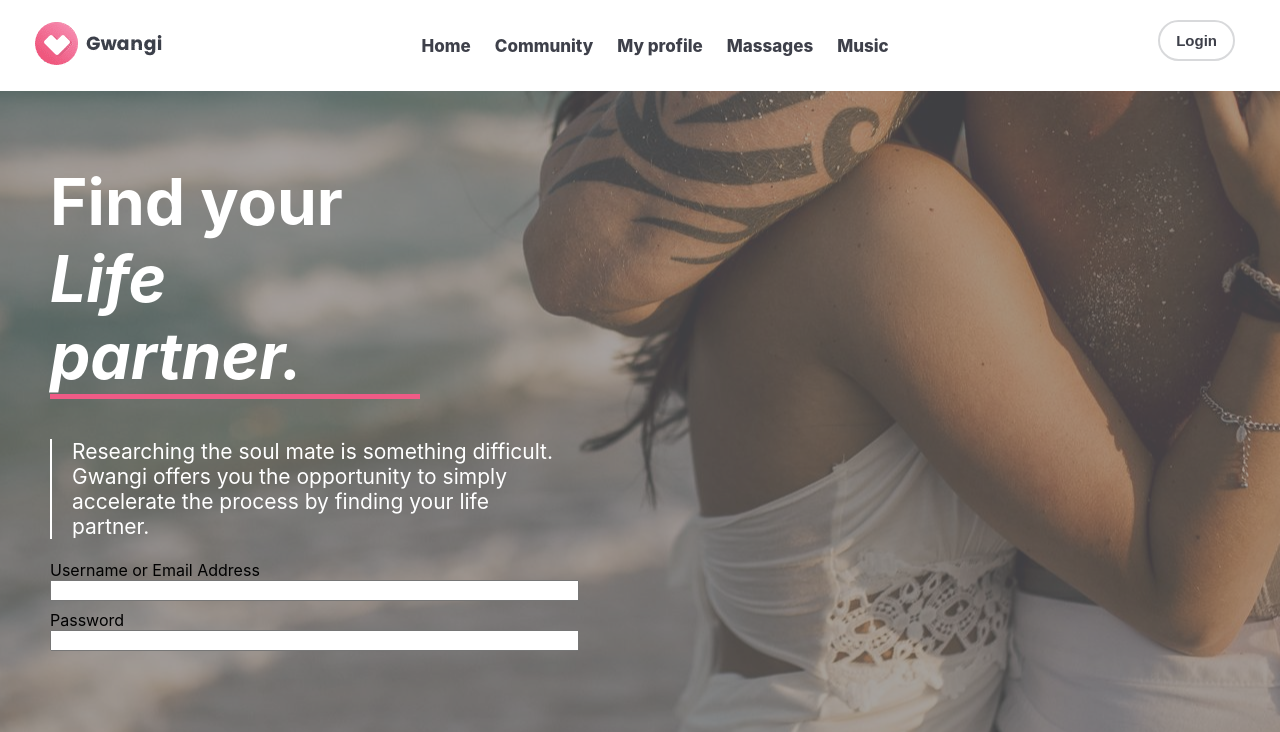
Repository: ShokunLiubov/Soc-Network-React
Page: /login
An editor plug-in stored every save of this project. The page is shown before and after the next save, followed by the edit.
The browser window is 1280 px wide. The pictures show the whole page.
The project was rebuilt for these pictures with package versions that can differ from the ones it lists, and the page was loaded fresh each time. Also part of the build but not shown: src/components/common/Paginator/Paginator.module.css, src/components/common/Paginator/Paginator.jsx, src/components/Community/Community.module.css, src/components/Community/Friend/Friend.jsx, src/components/Community/Community.jsx, src/components/common/Preloader/Preloader.jsx, src/components/Community/CommunityContainer.jsx, src/components/Dialogs/Dialogs.module.css and 14 more.

Above is the page before, as saved 2022-08-24 17:58:54.

### src/index.js
import reportWebVitals from './reportWebVitals';
import store from './redux/redux-store';
import React from 'react';
import ReactDOM from 'react-dom/client';
import './index.css';
import App from './App';
import { BrowserRouter } from 'react-router-dom';
import { Provider } from 'react-redux'

const root = ReactDOM.createRoot(document.getElementById('root'));

  root.render(

      <BrowserRouter>
        <Provider store={store}>
          <App />
        </Provider>
      </BrowserRouter>


  );


// If you want to start measuring performance in your app, pass a function
// to log results (for example: reportWebVitals(console.log))
// or send to an analytics endpoint. Learn more: https://bit.ly/CRA-vitals
reportWebVitals();

### src/redux/redux-store.js
import {combineReducers, legacy_createStore as createStore} from "redux"
import dialogsReducer from "./dialogs-reducer"
import profileReducer from "./profile-reducer"
import communityReducer from "./community-reducer"
import authReducer from "./auth-reducer"

let reducers = combineReducers({
    profilePage : profileReducer,
    dialogsPage : dialogsReducer,
    communityPage : communityReducer,
    auth: authReducer
})

let store = createStore(reducers)

export default store;

### src/App.js
import React from 'react';
import { Routes, Route } from "react-router-dom";
import './App.css';
import Registration from './components/Auth/Registration/Registration';
import CommunityContainer from './components/Community/CommunityContainer';
import DialogsContainer from './components/Dialogs/DialogsContainer';
import Home from './components/Home/Home';
import Music from './components/Music/Music';
import Navbar from './components/Navbar/Navbar';
import ProfileContainer from './components/Profile/ProfileContainer';

function App(props) {
  return (

    <div className='app-wrapper'>
      <Navbar />
      <Routes>
        <Route path='/home/*' element={<Home />} />

        <Route path='/community/*' element={<CommunityContainer />} />

        <Route path='/profile/:id' element={<ProfileContainer />} />
        <Route path='/profile/*' element={<ProfileContainer />} />

        <Route path='/dialogs/*' element={<DialogsContainer />} />

        <Route path='/music/*' element={<Music />} />

        <Route path='/login/*' element={<Registration />} />

      </Routes>

    </div>

  );
}

export default App;

### src/redux/dialogs-reducer.js
const SAND_MASSAGE = 'SAND-MASSAGE'
const UPDATE_NEW_MASSAGE_TEXT = 'UPDATE-NEW-MASSAGE-TEXT'

let initialState = {
    dialogsData: [
        { id: 1, name: 'Vika', ava: './../images/ava-w1.jpeg' },
        { id: 2, name: 'Eugen', ava: './../images/ava-m2.png' },
        { id: 3, name: 'Liubov', ava: './../images/ava-w3.jpeg' },
        { id: 4, name: 'Max', ava: './../images/ava-m1.jpeg' },
        { id: 5, name: 'Nika', ava: './../images/ava-w2.webp' }
    ],
    massagesData: [
        { id: 1, massage: 'Hi' },
        { id: 2, massage: 'How are you?' },
        { id: 3, massage: 'I am okey!' }
    ],
    newMassageText: ''
}

const dialogsReducer = (state = initialState, action) => {

    switch (action.type) {
        case SAND_MASSAGE:
            let text = state.newMassageText
            return {
                ...state,
                newMassageText: '',
                massagesData: [...state.massagesData, {id: Date.now(),massage: text}]
            }

        case UPDATE_NEW_MASSAGE_TEXT:
            return {
                ...state,
                newMassageText: action.newText
            }

        default:
            return state
    }

}

export const sandMassage = () => ({ type: SAND_MASSAGE })

export const onMassageChange = (text) =>
    ({ type: UPDATE_NEW_MASSAGE_TEXT, newText: text })

export default dialogsReducer;

### src/redux/profile-reducer.js
const ADD_POST = 'ADD-POST'
const UPDATE_NEW_POST_TEXT = 'UPDATE-NEW-POST-TEXT'
const SET_USER_PROFILE = 'SET-USER-PROFILE'

let initialState = {
    userProfile: {},
    postsData: [
        { id: 1, massage: 'Hi, how are you?', countLikes: '12', time: '29 minutes ago' },
        { id: 2, massage: 'It is my first post', countLikes: '99+', time: 'yesterday' },
        { id: 3, massage: 'My name Liubov, I am wife Eugen', countLikes: '32', time: 'week ago' }
    ],
    newPostText: ''
}

const profileReducer = (state = initialState, action) => {
    switch (action.type) {
        case ADD_POST:
            let newPost = {
                id: Date.now(),
                massage: state.newPostText,
                countLikes: '0',
                time: new Date().toLocaleTimeString()
            }
            return {
                ...state,
                newPostText: '',
                postsData: [newPost, ...state.postsData]
            }

        case UPDATE_NEW_POST_TEXT:
            return {
                ...state,
                newPostText: action.newText
            }
        case SET_USER_PROFILE:
            return {
                ...state,
                userProfile: action.profile

            }
        default:
            return state
    }


}

export const addPost = () => ({ type: ADD_POST })

export const updateNewPostText = (text) =>
    ({ type: UPDATE_NEW_POST_TEXT, newText: text })

export const setUserProfile = (profile) =>
    ({ type: SET_USER_PROFILE, profile})


export default profileReducer;

### src/redux/community-reducer.js
const FOLLOW = 'FOLLOW'
const UN_FOLLOW = 'UN-FOLLOW'
const SET_USERS = 'SET-USERS'
const SET_PAGE = 'SET-PAGE'
const SET_USERS_TOTAL_COUNT = 'SET-USERS-TOTAL-COUNT'
const TOGGLE_IS_FETCHING = 'TOGGLE-IS-FETCHING'

let initialState = {
    userData: [ ],
    pageSize: 10,
    totalUsersCount: 0,
    currentPage: 1,
    currentPageSize: 1,
    isFetching: false
}
const communityReducer = (state = initialState, action) => {
    switch (action.type) {
        case FOLLOW:
            return {
                ...state,
                userData: state.userData.map (user => {
                    if(user.id === action.userID) {
                        return {...user, followed: true}
                    }
                    return user
                })
            }
        case UN_FOLLOW:
            return {
                ...state,
                userData: state.userData.map (user => {
                    if(user.id === action.userID) {
                        return {...user, followed: false}
                    }
                    return user
                })
            }
        case SET_USERS:
            return {
                ...state,
                userData: action.users
            }
        case SET_PAGE:
            return {
                ...state,
                currentPage: action.page
                }
        case SET_USERS_TOTAL_COUNT:
            return {
                ...state,
                totalUsersCount: action.UsersTotalCount
            }
        case TOGGLE_IS_FETCHING:
            return {
                ...state,
                isFetching: action.isFetching
            }
        default:
            return state
    }
}

export const follow = (userID) => ({ type: FOLLOW, userID })

export const unFollow = (userID) => ({ type: UN_FOLLOW, userID })

export const setUsers = (users) => ({ type: SET_USERS, users })

export const setPage = (page) => ({ type: SET_PAGE, page })

export const setUsersTotalCount = (UsersTotalCount) => ({ type: SET_USERS_TOTAL_COUNT, UsersTotalCount })

export const toggleFetching = (isFetching) => ({ type: TOGGLE_IS_FETCHING, isFetching })

export default communityReducer;


// Создать кнопки prev next
// if(currentPage > 1) { prev
// } минус 1  при отрисовки подставляться значения, исключение первая страница
// Отображать в пагинации 5 стр и одну последнюю , учесть если будет меньше 5 стр

### src/redux/auth-reducer.js
const SET_USER_DATA = 'SET-USER-DATA'
// const UN_FOLLOW = 'UN-FOLLOW'

let initialState = {
    userId: undefined,
    email: undefined,
    login: undefined,
    isFetching: false
}
const authReducer = (state = initialState, action) => {
    switch (action.type) {
        case SET_USER_DATA:
            return {
                ...state,
                ...action.data
            }
        // case TOGGLE_IS_FETCHING:
        //     return {
        //         ...state,
        //         isFetching: action.isFetching
        //     }
        default:
            return state
    }
}

export const setUserData = (userId, email, login) => ({ type: SET_USER_DATA, data: {userId, email, login} })

// export const toggleFetching = (isFetching) => ({ type: TOGGLE_IS_FETCHING, isFetching })

export default authReducer;

### src/components/Auth/Registration/Registration.jsx
import React from 'react';
import styles from './Registration.module.css'

const Registration = () => {
    return (
        <div className={styles.background}>
            <div className={styles.registration}>
                <div className={styles.title}>Find your<br />
                    <i>Life partner.</i></div>
                <p className={styles.excerption}>Researching the soul mate is something difficult. Gwangi offers you the opportunity to simply accelerate the process by finding your life partner.</p>
                <form>
                    <div className={styles.username}>
                        <label>Username or Email Address</label>
                        <input type="text"/>
                    </div>
                    <div className={styles.password}>
                        <label>Password</label>
                        <input type="password"/>
                    </div>
                </form>
            </div>

        </div>
    )
}

export default Registration;

### src/components/Dialogs/DialogsContainer.jsx
import React from 'react';
import { sandMassage, onMassageChange } from '../../redux/dialogs-reducer';
import Dialogs from './Dialogs';
import { connect } from 'react-redux'


let mapStateToProps = (state) => {
    return {
        dialogsData: state.dialogsPage.dialogsData,
        massagesData: state.dialogsPage.massagesData,
        newMassageText: state.dialogsPage.newMassageText
    }
}

const DialogsContainer = connect(mapStateToProps, { sandMassage, onMassageChange })(Dialogs)

export default DialogsContainer;

### src/components/Navbar/Navbar.jsx
import React from 'react';
import { NavLink } from 'react-router-dom';
import styles from './Navbar.module.css'

const Navbar = () => {
    return (
        <div className={styles.navbar}>
            {/* LOGO */}
            <div className={styles.logo}><img src='./../images/logotype.png' /></div>
             {/* LOGO */}

            {/* MENU */}
            <nav className={styles.menu}>
                <div className={styles.item}>
                    <NavLink to='/home' className={navData => navData.isActive ? styles.active : styles.item}>Home</NavLink>
                </div>
                <div className={styles.item}>
                    <NavLink to='/community' className={navData => navData.isActive ? styles.active : styles.item}>Community</NavLink>
                </div>
                <div className={styles.item}>
                    <NavLink to='/profile' className={navData => navData.isActive ? styles.active : styles.item}>My profile</NavLink>
                </div>
                <div to='/dialogs' className={styles.item}>
                    <NavLink to='/dialogs' className={navData => navData.isActive ? styles.active : styles.item}>Massages</NavLink>
                </div>
                <div className={styles.item}>
                    <NavLink to='/music' className={navData => navData.isActive ? styles.active : styles.item}>Music</NavLink>
                </div>
            </nav>
            {/* MENU */}

            {/* LOGIN */}
            <NavLink to='/login' className={styles.login}>
                <button className='button'>Login</button>
            </NavLink>
            {/* LOGIN */}

        </div>
    )
}

export default Navbar;

### src/components/Auth/Registration/Registration.module.css
.background {
    background-image: url(./../../../../public/images/registration-bgr.jpeg);
    background-repeat: no-repeat;
    background-position: center;
    width: 100%;
    height: 89vh;
    position: relative;
    display: flex;
    align-items: center;
}

.background::before {
    content: " ";
    width: 100%;
    height: 89vh;
    background-color: #696a6e99;
    position: absolute;
    z-index: 1;
}

.registration {
    margin-left: 50px;
    position: relative;
    z-index: 20;
}

.title {
    color: #ffffff;
    font-size: 64px;
    max-width: 370px;
    font-weight: 700;
    border-bottom: 5px solid #ef5b86;
}

.excerption {
    margin-top: 40px;
    color: #ffffff;
    font-size: 21px;
    max-width: 40%;
    padding: 0px 20px;
    border-left: 2px solid #ffffff;
}

/* FORM */
.username,
.password {
    display: flex;
    flex-direction: column;
    max-width: 43%;
    height: 50px;
}
/* FORM */

### src/components/Navbar/Navbar.module.css
.navbar {
    display: flex;
    justify-content: space-between;
    align-items: center;
    padding: 20px 35px;
    background-color: #ffffff;
}

.logo {
    cursor: pointer;
}

.menu {
    display: flex;
}

.item a {
    margin: 0 12px;
    font-size: 17px;
    color: #3e404a;
    font-weight: 800;
    cursor: pointer;
    text-decoration: none;
}

.item a.active {
    color: #ef5b86;
}

.login {
    text-decoration: none;
}

### src/components/Profile/Profile_body/MyPosts/Post/Post.module.css
.post {
    background-color: #ffffff;
    border: 1px solid #e8e8e9;
    border-radius: 10px;
    margin: 50px 0;
    position: relative;
    width: 70%;
    min-height: 100px;
}

.personInfo img {
    position: absolute;
    top: -20px;
    left: -20px;
    width: 80px;
    height: 80px;
    object-fit: cover;
    border-radius: 10px;
}

.personInfo {
    display: flex;
}

.postInfo {
    margin: 10px 80px;
}

.nickname {
    color: #3e404a;
    font-size: 18px;
    font-weight: 700;
}

.time {
    color: #9da6b0;
    font-size: 12px;
    font-weight: 600;
    margin-top: 5px;
}

.massage {
    color: #9ca6af;
    font-size: 15px;
    font-weight: 700;
    margin: 10px 80px;
}

.like {
    width: 100%;
    display: flex;
    justify-content: end;
}

button{
    background: none;
    border: none;
    display: flex;
    align-items: center;
    margin: 0 10px 10px;
}

.countLike {
    margin-left: 5px;
    color: #9da6b0;
    font-size: 12px;
    font-weight: 500;
}

Loaded but not shown: public/index.html (common file); src/reportWebVitals.js (common file); src/index.css (common file); src/App.css (common file); src/components/Home/Home.module.css (no stored copy; drawn as an empty file); src/components/Music/Music.module.css (no stored copy; drawn as an empty file); src/components/Profile/Profile.module.css (no stored copy; drawn as an empty file)

After the next save:
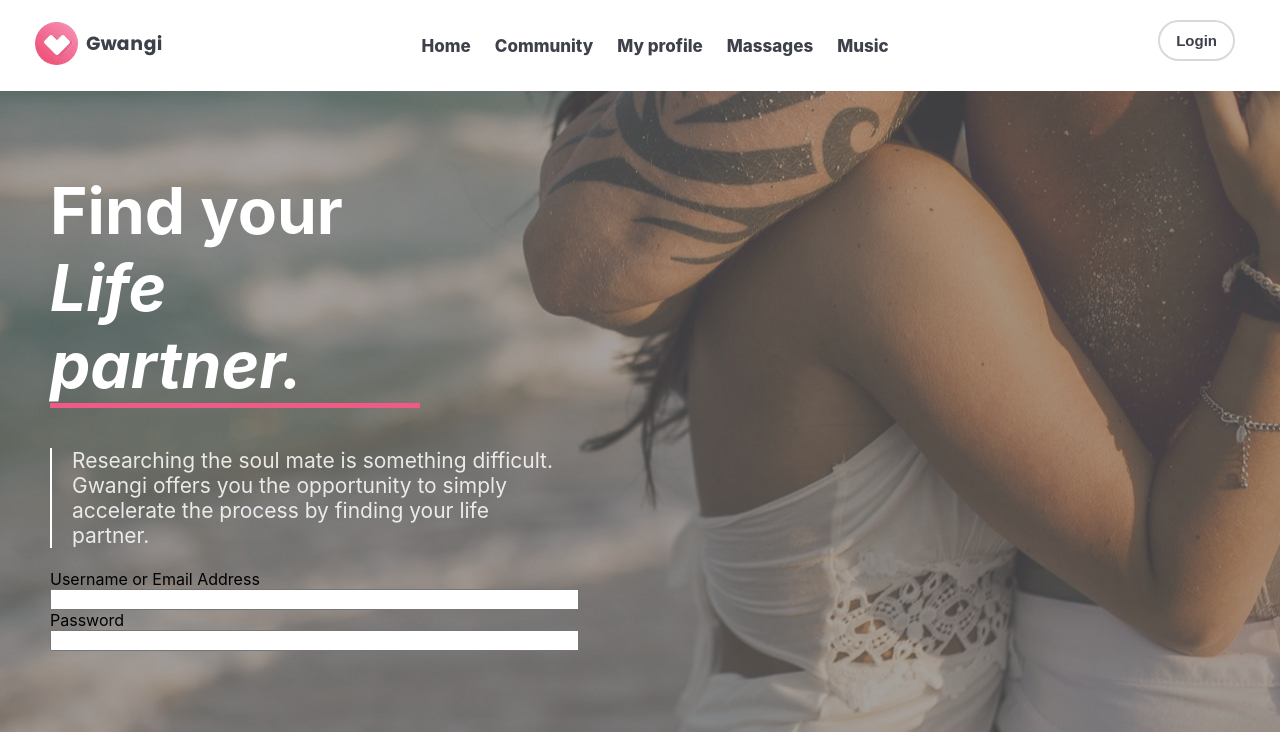
Saved 93 s later.
--- a/src/components/Auth/Registration/Registration.module.css
+++ b/src/components/Auth/Registration/Registration.module.css
@@ -34,7 +34,7 @@
 
 .excerption {
     margin-top: 40px;
-    color: #ffffff;
+    color: rgba(255, 255, 255, 0.85);
     font-size: 21px;
     max-width: 40%;
     padding: 0px 20px;
@@ -47,6 +47,5 @@
     display: flex;
     flex-direction: column;
     max-width: 43%;
-    height: 50px;
 }
 /* FORM */
